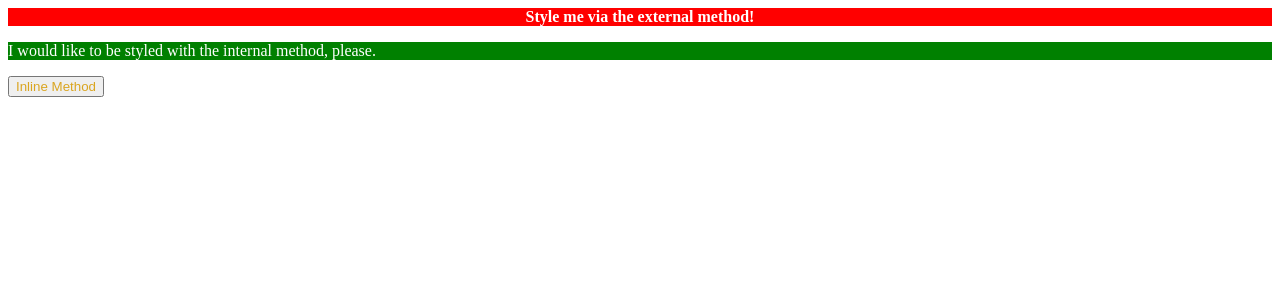
Repository: mnhardy1504/odin-recipes1
Page: repos/css-exercises/foundations/01-css-methods/index.html
An editor plug-in stored every save of this project. The page is shown before and after the next save, followed by the edit.
The browser window is 1280 px wide. The pictures show the whole page.

Above is the page before, as saved 2023-08-22 17:56:16.

After the next save:
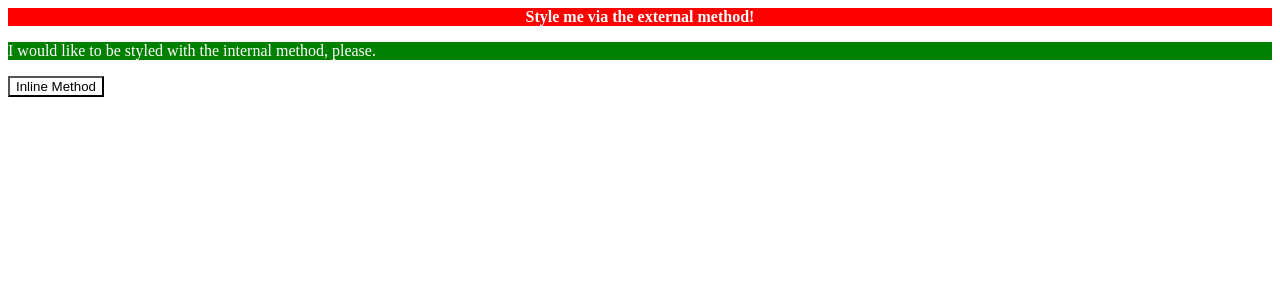
Saved 57 s later.
--- a/repos/css-exercises/foundations/01-css-methods/external1.css
+++ b/repos/css-exercises/foundations/01-css-methods/external1.css
@@ -11,5 +11,6 @@ div {
   }
 
   button {
-    color: goldenrod
+    color: black;
+    background-color: white;
   }
